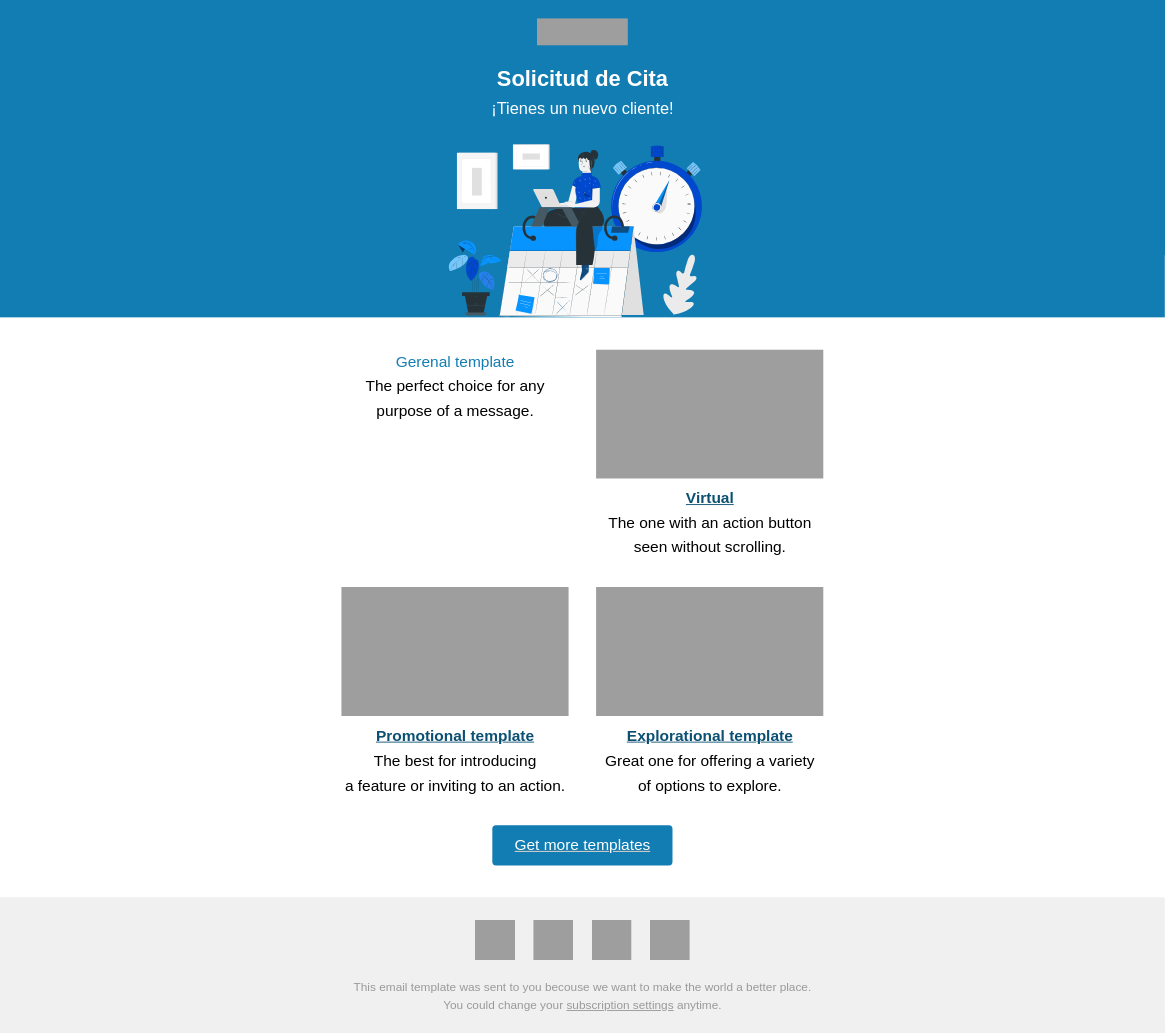
Repository: FabioMadrid/atlas_code
Page: correo_cita_vendedor.html
These files come from the project's save history. The page is drawn as it stood at one moment and after the next save; the edit follows.
The browser window is 1280 px wide. The pictures show the whole page, at 91% of full size.
Pictures or frames that could not be fetched are drawn as grey boxes.

Above is the page before, as saved 2021-01-14 16:23:33.

### correo_cita_vendedor.html
<html xmlns="http://www.w3.org/1999/xhtml">
<head>
	<meta http-equiv="content-type" content="text/html; charset=utf-8">
  	<meta name="viewport" content="width=device-width, initial-scale=1.0;">
 	<meta name="format-detection" content="telephone=no"/>

	<style>
/* Reset styles */
    body {
        margin: 0; padding: 0; min-width: 100%; width: 100% !important; height: 100% !important;
        }
    body, table, td, div, p, a {
        -webkit-font-smoothing: antialiased; text-size-adjust: 100%; -ms-text-size-adjust: 100%;
        -webkit-text-size-adjust: 100%; line-height: 100%;
        }
    table, td {
         mso-table-lspace: 0pt; mso-table-rspace: 0pt;
         border-collapse: collapse !important; border-spacing: 0; }
    img {
        border: 0; line-height: 100%; outline: none; text-decoration: none;
        -ms-interpolation-mode: bicubic;
        }
    #outlook a { padding: 0; }
    .ReadMsgBody { width: 100%; }
    .ExternalClass { width: 100%; }
    .ExternalClass, .ExternalClass p, .ExternalClass span, .ExternalClass font, .E
    xternalClass td, .ExternalClass div {
        line-height: 100%;
        }

/* Extra floater space for advanced mail clients only */
@media all and (max-width: 600px) {
	.floater { width: 320px; }
}

/* Set color for auto links (addresses, dates, etc.) */
a, a:hover {
	color: #127DB3;
}
.footer a, .footer a:hover {
	color: #999999;
}

 	</style>

	<!-- MESSAGE SUBJECT -->
	<title>Cita Confirmada</title>

</head>

<!-- BODY -->
<!-- Set message background color (twice) and text color (twice) -->
<body topmargin="0" rightmargin="0" bottommargin="0" leftmargin="0" marginwidth="0" marginheight="0" width="100%" style="border-collapse: collapse; border-spacing: 0; margin: 0; padding: 0; width: 100%; height: 100%; -webkit-font-smoothing: antialiased; text-size-adjust: 100%; -ms-text-size-adjust: 100%; -webkit-text-size-adjust: 100%; line-height: 100%;
	background-color: #FFFFFF;
	color: #000000;"
	bgcolor="#FFFFFF"
	text="#000000">

<!-- SECTION / BACKGROUND -->
<!-- Set section background color -->
<table width="100%" align="center" border="0" cellpadding="0" cellspacing="0" style="border-collapse: collapse; border-spacing: 0; margin: 0; padding: 0; width: 100%;" class="background"><tr><td align="center" valign="top" style="border-collapse: collapse; border-spacing: 0; margin: 0; padding: 0;"
	bgcolor="#127DB3">

<!-- WRAPPER -->
<!-- Set wrapper width (twice) -->
<table border="0" cellpadding="0" cellspacing="0" align="center"
	width="600" style="border-collapse: collapse; border-spacing: 0; padding: 0; width: inherit;
	max-width: 600px;" class="wrapper">

	<tr>
		<td align="center" valign="top" style="border-collapse: collapse; border-spacing: 0; margin: 0; padding: 0; padding-left: 6.25%; padding-right: 6.25%; width: 87.5%;
			padding-top: 20px;">

			<!-- PREHEADER -->
			<!-- Set text color to background color -->
			<div style="display: none; visibility: hidden; overflow: hidden; opacity: 0; font-size: 1px; line-height: 1px; height: 0; max-height: 0; max-width: 0;
			color: #FFFFFF;" class="preheader">
				Available on&nbsp;GitHub and&nbsp;CodePen. holis aqui va un texto</div>

			<!-- LOGO -->
			<!-- Image text color should be opposite to background color. Set your url, image src, alt and title. Alt text should fit the image size. Real image size should be x2. URL format: http://domain.com/?utm_source={{Campaign-Source}}&utm_medium=email&utm_content=logo&utm_campaign={{Campaign-Name}} -->
			<a target="_blank" style="text-decoration: none;"
				href="https://github.com/konsav/email-templates/"><img border="0" vspace="0" hspace="0"
				src="https://raw.githubusercontent.com/konsav/email-templates/master/images/logo-white.png"
				width="100" height="30"
				alt="Logo" title="Logo" style="
				color: #000000;
				font-size: 10px; margin: 0; padding: 0; outline: none; text-decoration: none; -ms-interpolation-mode: bicubic; border: none; display: block;" /></a>

		</td>
	</tr>

	<!-- HEADER -->
	<!-- Set text color and font family ("sans-serif" or "Georgia, serif") -->
	<tr>
		<td align="center" valign="top" style="border-collapse: collapse; border-spacing: 0; margin: 0; padding: 0; padding-left: 6.25%; padding-right: 6.25%; width: 87.5%; font-size: 24px; font-weight: bold; line-height: 130%;
			padding-top: 20px;
			color: #FFFFFF;
			font-family: sans-serif;" class="header">
				Solicitud de Cita
		</td>
	</tr>

	<!-- SUBHEADER -->
	<!-- Set text color and font family ("sans-serif" or "Georgia, serif") -->
	<tr>
		<td align="center" valign="top" style="border-collapse: collapse; border-spacing: 0; margin: 0; padding: 0; padding-bottom: 3px; padding-left: 6.25%; padding-right: 6.25%; width: 87.5%; font-size: 18px; font-weight: 300; line-height: 150%;
			padding-top: 5px;
			color: #FFFFFF;
			font-family: sans-serif;" class="subheader">
				¡Tienes un nuevo cliente!
		</td>
	</tr>

	<!-- HERO IMAGE -->
	<!-- Image text color should be opposite to background color. Set your url, image src, alt and title. Alt text should fit the image size. Real image size should be x2 (wrapper x2). Do not set height for flexible images (including "auto"). URL format: http://domain.com/?utm_source={{Campaign-Source}}&utm_medium=email&utm_content={{Ìmage-Name}}&utm_campaign={{Campaign-Name}} -->
	<tr>
		<td align="center" valign="top" style="border-collapse: collapse; border-spacing: 0; margin: 0; padding: 0;
			padding-top: 20px;" class="hero"><a target="_blank" style="text-decoration: none;"
			href="#"><img border="0" vspace="0" hspace="0"
			src="./svg/calendario_mujer.svg"
			alt="Please enable images to view this content" title="Hero Image"
			width="530" style="
			width: 88.33%;
			max-width: 530px;
			color: #FFFFFF; font-size: 13px; margin: 0; padding: 0; outline: none; text-decoration: none; -ms-interpolation-mode: bicubic; border: none; display: block;"/></a></td>
	</tr>


<!-- End of WRAPPER -->
</table>

<!-- SECTION / BACKGROUND -->
<!-- Set section background color -->
</td></tr><tr><td align="center" valign="top" style="border-collapse: collapse; border-spacing: 0; margin: 0; padding: 0;
	padding-top: 5px;"
	bgcolor="#FFFFFF">

<!-- WRAPPER -->
<!-- Set conteiner background color -->
<table border="0" cellpadding="0" cellspacing="0" align="center"
	width="600" style="border-collapse: collapse; border-spacing: 0; padding: 0; width: inherit;
	max-width: 600px;">

	<!-- FLOATERS -->
	<!-- Floaters (left align tables) need extra 10px spacing in a line (Outlook fix). Floater table width = (wrapper width / 2) - 10px. Set text color and font family ("sans-serif" or "Georgia, serif"). Duplicate all text styles in links, including line-height. Image text color should be opposite to background color. Set your url, image src, alt and title. Alt text should fit the image size. Real image size should be x2. Do not set height for flexible images (including "auto"). URL format: http://domain.com/?utm_source={{Campaign-Source}}&utm_medium=email&utm_content={{Ìmage-Name}}&utm_campaign={{Campaign-Name}} -->
	<tr>
		<td align="center" valign="top" style="border-collapse: collapse; border-spacing: 0; margin: 0; padding: 0; padding-left: 10px; padding-right: 10px;" class="floaters"><table width="280" border="0" cellpadding="0" cellspacing="0" align="left" valign="top" style="border-collapse: collapse; mso-table-lspace: 0pt; mso-table-rspace: 0pt; border-spacing: 0; margin: 0; padding: 0; display: inline-table; float: none;" class="floater"><tr><td align="center" valign="top" style="border-collapse: collapse; border-spacing: 0; margin: 0; padding: 0; padding-left: 15px; padding-right: 15px; font-size: 17px; font-weight: 400; line-height: 160%;
			padding-top: 30px;
			font-family: sans-serif;
			color: #000000;"><a target="_blank" style="text-decoration: none;
			font-size: 17px; line-height: 160%;"
			href="https://github.com/konsav/email-templates">Gerenal template</b></a><br/>
				The&nbsp;perfect choice for any purpose of a&nbsp;message.
        </td>
    </tr>
    </table><table width="280" border="0" cellpadding="0" cellspacing="0" align="right" valign="top" style="border-collapse: collapse; mso-table-lspace: 0pt; mso-table-rspace: 0pt; border-spacing: 0; margin: 0; padding: 0; display: inline-table; float: none;" class="floater"><tr><td align="center" valign="top" style="border-collapse: collapse; border-spacing: 0; margin: 0; padding: 0; padding-left: 15px; padding-right: 15px; font-size: 17px; font-weight: 400; line-height: 160%;
			padding-top: 30px;
			font-family: sans-serif;
			color: #000000;"><a target="_blank" style="text-decoration: none;
			font-size: 17px; line-height: 160%;"
			href="https://github.com/konsav/email-templates"><img border="0" vspace="0" hspace="0"
			src="https://raw.githubusercontent.com/konsav/email-templates/master/images/hero-grid.png"
			width="250" height="142"
			alt="Grid Item" title="Grid Item" style="
			color: #000000; font-size: 10px; margin: 0; padding: 0; outline: none; text-decoration: none; -ms-interpolation-mode: bicubic; border: none; display: block; margin-bottom: 8px;" />
				<b style="color:#0B5073; text-decoration: underline;">Virtual</b></a><br/>
				The&nbsp;one with an&nbsp;action button seen without scrolling.
		</td></tr></table></td>
	</tr>

	<!-- FLOATERS -->
	<!-- Floaters (left align tables) need extra 10px spacing in a line (Outlook fix). Floater table width = (wrapper width / 2) - 10px. Set text color and font family ("sans-serif" or "Georgia, serif"). Duplicate all text styles in links, including line-height. Image text color should be opposite to background color. Set your url, image src, alt and title. Alt text should fit the image size. Real image size should be x2. Do not set height for flexible images (including "auto"). URL format: http://domain.com/?utm_source={{Campaign-Source}}&utm_medium=email&utm_content={{Ìmage-Name}}&utm_campaign={{Campaign-Name}} -->
	<tr>
		<td align="center" valign="top" style="border-collapse: collapse; border-spacing: 0; margin: 0; padding: 0; padding-left: 10px; padding-right: 10px;" class="floaters"><table width="280" border="0" cellpadding="0" cellspacing="0" align="right" valign="top" style="border-collapse: collapse; mso-table-lspace: 0pt; mso-table-rspace: 0pt; border-spacing: 0; margin: 0; padding: 0; display: inline-table; float: none;" class="floater"><tr><td align="center" valign="top" style="border-collapse: collapse; border-spacing: 0; margin: 0; padding: 0; padding-left: 15px; padding-right: 15px; font-size: 17px; font-weight: 400; line-height: 160%;
			padding-top: 30px;
			font-family: sans-serif;
			color: #000000;"><a target="_blank" style="text-decoration: none;
			font-size: 17px; line-height: 160%;"
			href="https://github.com/konsav/email-templates"><img border="0" vspace="0" hspace="0"
			src="https://raw.githubusercontent.com/konsav/email-templates/master/images/hero-grid.png"
			width="250" height="142"
			alt="Grid Item" title="Grid Item" style="
			color: #000000; font-size: 10px; margin: 0; padding: 0; outline: none; text-decoration: none; -ms-interpolation-mode: bicubic; border: none; display: block; margin-bottom: 8px;" />
				<b style="color:#0B5073; text-decoration: underline;">Promotional template</b></a><br/>
				The&nbsp;best for introducing a&nbsp;feature or&nbsp;inviting to an&nbsp;action.
		</td></tr></table><table width="280" border="0" cellpadding="0" cellspacing="0" align="left" valign="top" style="border-collapse: collapse; mso-table-lspace: 0pt; mso-table-rspace: 0pt; border-spacing: 0; margin: 0; padding: 0; display: inline-table; float: none;" class="floater"><tr><td align="center" valign="top" style="border-collapse: collapse; border-spacing: 0; margin: 0; padding: 0; padding-left: 15px; padding-right: 15px; font-size: 17px; font-weight: 400; line-height: 160%;
			padding-top: 30px;
			font-family: sans-serif;
			color: #000000;"><a target="_blank" style="text-decoration: none;
			font-size: 17px; line-height: 160%;"
			href="https://github.com/konsav/email-templates"><img border="0" vspace="0" hspace="0"
			src="https://raw.githubusercontent.com/konsav/email-templates/master/images/hero-grid.png"
			width="250" height="142"
			alt="Grid Item" title="Grid Item" style="
			color: #000000; font-size: 10px; margin: 0; padding: 0; outline: none; text-decoration: none; -ms-interpolation-mode: bicubic; border: none; display: block; margin-bottom: 8px;" />
				<b style="color:#0B5073; text-decoration: underline;">Explorational template</b></a><br/>
				Great&nbsp;one for offering a&nbsp;variety of&nbsp;options to&nbsp;explore.
		</td></tr></table></td>
	</tr>

	<!-- BUTTON -->
	<!-- Set button background color at TD, link/text color at A and TD, font family ("sans-serif" or "Georgia, serif") at TD. For verification codes add "letter-spacing: 5px;". Link format: http://domain.com/?utm_source={{Campaign-Source}}&utm_medium=email&utm_content={{Button-Name}}&utm_campaign={{Campaign-Name}} -->
 	<tr>
		<td align="center" valign="top" style="border-collapse: collapse; border-spacing: 0; margin: 0; padding: 0; padding-left: 6.25%; padding-right: 6.25%; width: 87.5%;
			padding-top: 30px;
			padding-bottom: 35px;" class="button"><a
			href="https://github.com/konsav/email-templates/" target="_blank" style="text-decoration: underline;">
				<table border="0" cellpadding="0" cellspacing="0" align="center" style="max-width: 240px; min-width: 120px; border-collapse: collapse; border-spacing: 0; padding: 0;"><tr><td align="center" valign="middle" style="padding: 12px 24px; margin: 0; text-decoration: underline; border-collapse: collapse; border-spacing: 0; border-radius: 4px; -webkit-border-radius: 4px; -moz-border-radius: 4px; -khtml-border-radius: 4px;"
					bgcolor="#127DB3"><a target="_blank" style="text-decoration: underline;
					color: #FFFFFF; font-family: sans-serif; font-size: 17px; font-weight: 400; line-height: 120%;"
					href="https://github.com/konsav/email-templates/">
						Get more templates
					</a>
			</td></tr></table></a>
		</td>
	</tr>

<!-- End of WRAPPER -->
</table>

<!-- SECTION / BACKGROUND -->
<!-- Set section background color -->
</td></tr><tr><td align="center" valign="top" style="border-collapse: collapse; border-spacing: 0; margin: 0; padding: 0;"
	bgcolor="#F0F0F0">

<!-- WRAPPER -->
<!-- Set wrapper width (twice) -->
<table border="0" cellpadding="0" cellspacing="0" align="center"
	width="600" style="border-collapse: collapse; border-spacing: 0; padding: 0; width: inherit;
	max-width: 600px;" class="wrapper">

	<!-- SOCIAL NETWORKS -->
	<!-- Image text color should be opposite to background color. Set your url, image src, alt and title. Alt text should fit the image size. Real image size should be x2 -->
	<tr>
		<td align="center" valign="top" style="border-collapse: collapse; border-spacing: 0; margin: 0; padding: 0; padding-left: 6.25%; padding-right: 6.25%; width: 87.5%;
			padding-top: 25px;" class="social-icons"><table
			width="256" border="0" cellpadding="0" cellspacing="0" align="center" style="border-collapse: collapse; border-spacing: 0; padding: 0;">
			<tr>

				<!-- ICON 1 -->
				<td align="center" valign="middle" style="margin: 0; padding: 0; padding-left: 10px; padding-right: 10px; border-collapse: collapse; border-spacing: 0;"><a target="_blank"
					href="https://raw.githubusercontent.com/konsav/email-templates/"
				style="text-decoration: none;"><img border="0" vspace="0" hspace="0" style="padding: 0; margin: 0; outline: none; text-decoration: none; -ms-interpolation-mode: bicubic; border: none; display: inline-block;
					color: #000000;"
					alt="F" title="Facebook"
					width="44" height="44"
					src="https://raw.githubusercontent.com/konsav/email-templates/master/images/social-icons/facebook.png"></a></td>

				<!-- ICON 2 -->
				<td align="center" valign="middle" style="margin: 0; padding: 0; padding-left: 10px; padding-right: 10px; border-collapse: collapse; border-spacing: 0;"><a target="_blank"
					href="https://raw.githubusercontent.com/konsav/email-templates/"
				style="text-decoration: none;"><img border="0" vspace="0" hspace="0" style="padding: 0; margin: 0; outline: none; text-decoration: none; -ms-interpolation-mode: bicubic; border: none; display: inline-block;
					color: #000000;"
					alt="T" title="Twitter"
					width="44" height="44"
					src="https://raw.githubusercontent.com/konsav/email-templates/master/images/social-icons/twitter.png"></a></td>

				<!-- ICON 3 -->
				<td align="center" valign="middle" style="margin: 0; padding: 0; padding-left: 10px; padding-right: 10px; border-collapse: collapse; border-spacing: 0;"><a target="_blank"
					href="https://raw.githubusercontent.com/konsav/email-templates/"
				style="text-decoration: none;"><img border="0" vspace="0" hspace="0" style="padding: 0; margin: 0; outline: none; text-decoration: none; -ms-interpolation-mode: bicubic; border: none; display: inline-block;
					color: #000000;"
					alt="G" title="Google Plus"
					width="44" height="44"
					src="https://raw.githubusercontent.com/konsav/email-templates/master/images/social-icons/googleplus.png"></a></td>

				<!-- ICON 4 -->
				<td align="center" valign="middle" style="margin: 0; padding: 0; padding-left: 10px; padding-right: 10px; border-collapse: collapse; border-spacing: 0;"><a target="_blank"
					href="https://raw.githubusercontent.com/konsav/email-templates/"
				style="text-decoration: none;"><img border="0" vspace="0" hspace="0" style="padding: 0; margin: 0; outline: none; text-decoration: none; -ms-interpolation-mode: bicubic; border: none; display: inline-block;
					color: #000000;"
					alt="I" title="Instagram"
					width="44" height="44"
					src="https://raw.githubusercontent.com/konsav/email-templates/master/images/social-icons/instagram.png"></a></td>

			</tr>
			</table>
		</td>
	</tr>

	<!-- FOOTER -->
	<!-- Set text color and font family ("sans-serif" or "Georgia, serif"). Duplicate all text styles in links, including line-height -->
	<tr>
		<td align="center" valign="top" style="border-collapse: collapse; border-spacing: 0; margin: 0; padding: 0; padding-left: 6.25%; padding-right: 6.25%; width: 87.5%; font-size: 13px; font-weight: 400; line-height: 150%;
			padding-top: 20px;
			padding-bottom: 20px;
			color: #999999;
			font-family: sans-serif;" class="footer">

				This email template was sent to&nbsp;you becouse we&nbsp;want to&nbsp;make the&nbsp;world a&nbsp;better place.<br/> You&nbsp;could change your <a href="https://github.com/konsav/email-templates/" target="_blank" style="text-decoration: underline; color: #999999; font-family: sans-serif; font-size: 13px; font-weight: 400; line-height: 150%;">subscription settings</a> anytime.

				<!-- ANALYTICS -->
				<!-- https://www.google-analytics.com/collect?v=1&tid={{UA-Tracking-ID}}&cid={{Client-ID}}&t=event&ec=email&ea=open&cs={{Campaign-Source}}&cm=email&cn={{Campaign-Name}} -->
				<img width="1" height="1" border="0" vspace="0" hspace="0" style="margin: 0; padding: 0; outline: none; text-decoration: none; -ms-interpolation-mode: bicubic; border: none; display: block;"
				src="https://raw.githubusercontent.com/konsav/email-templates/master/images/tracker.png" />

		</td>
	</tr>

<!-- End of WRAPPER -->
</table>

<!-- End of SECTION / BACKGROUND -->
</td></tr></table>

</body>
</html>

After the next save:
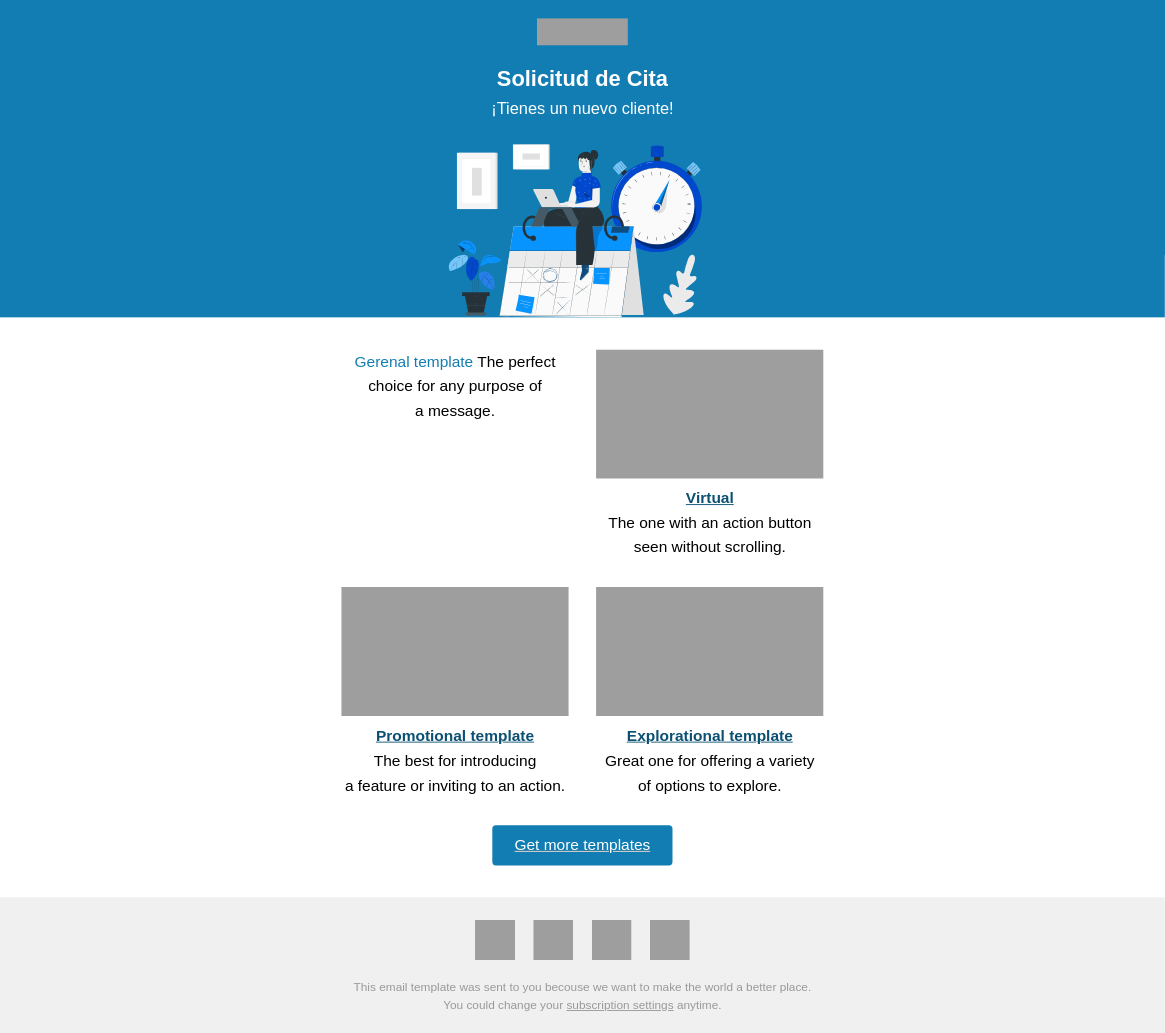
Saved 54 s later.
--- a/correo_cita_vendedor.html
+++ b/correo_cita_vendedor.html
@@ -148,9 +148,10 @@ a, a:hover {
 		<td align="center" valign="top" style="border-collapse: collapse; border-spacing: 0; margin: 0; padding: 0; padding-left: 10px; padding-right: 10px;" class="floaters"><table width="280" border="0" cellpadding="0" cellspacing="0" align="left" valign="top" style="border-collapse: collapse; mso-table-lspace: 0pt; mso-table-rspace: 0pt; border-spacing: 0; margin: 0; padding: 0; display: inline-table; float: none;" class="floater"><tr><td align="center" valign="top" style="border-collapse: collapse; border-spacing: 0; margin: 0; padding: 0; padding-left: 15px; padding-right: 15px; font-size: 17px; font-weight: 400; line-height: 160%;
 			padding-top: 30px;
 			font-family: sans-serif;
-			color: #000000;"><a target="_blank" style="text-decoration: none;
+            color: #000000;">
+            <a target="_blank" style="text-decoration: none;
 			font-size: 17px; line-height: 160%;"
-			href="https://github.com/konsav/email-templates">Gerenal template</b></a><br/>
+			href="https://github.com/konsav/email-templates">Gerenal template</b></a>
 				The&nbsp;perfect choice for any purpose of a&nbsp;message.
         </td>
     </tr>
